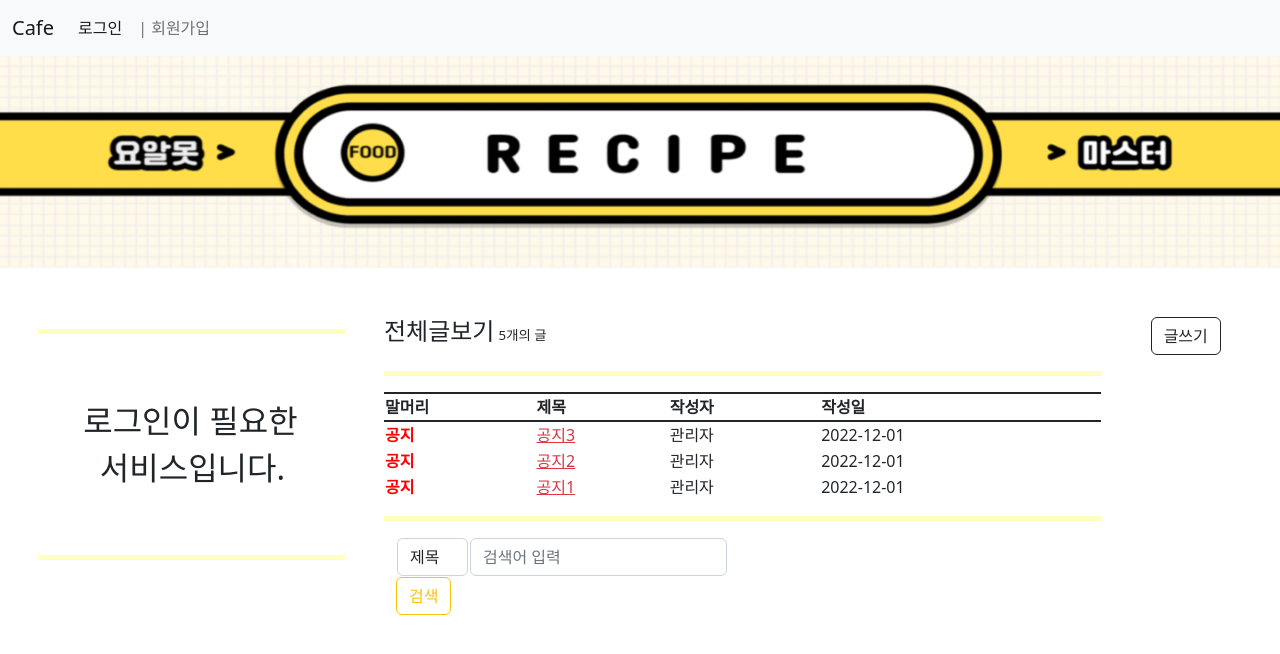
Repository: minz-cha/web_project
Page: http://localhost/jspbook/project/Main.jsp
These files come from the project's save history. The page is drawn as it stood at one moment and after the next save; the edit follows.
The browser window is 1280 px wide. The pictures show the whole page.
The page is served by Tomcat 9. Nobody is signed in. The application's start-up code is not run. Queries for data that is not in the repository find no rows.

Above is the page before, as saved 2022-12-04 17:09:35.

After the next save:
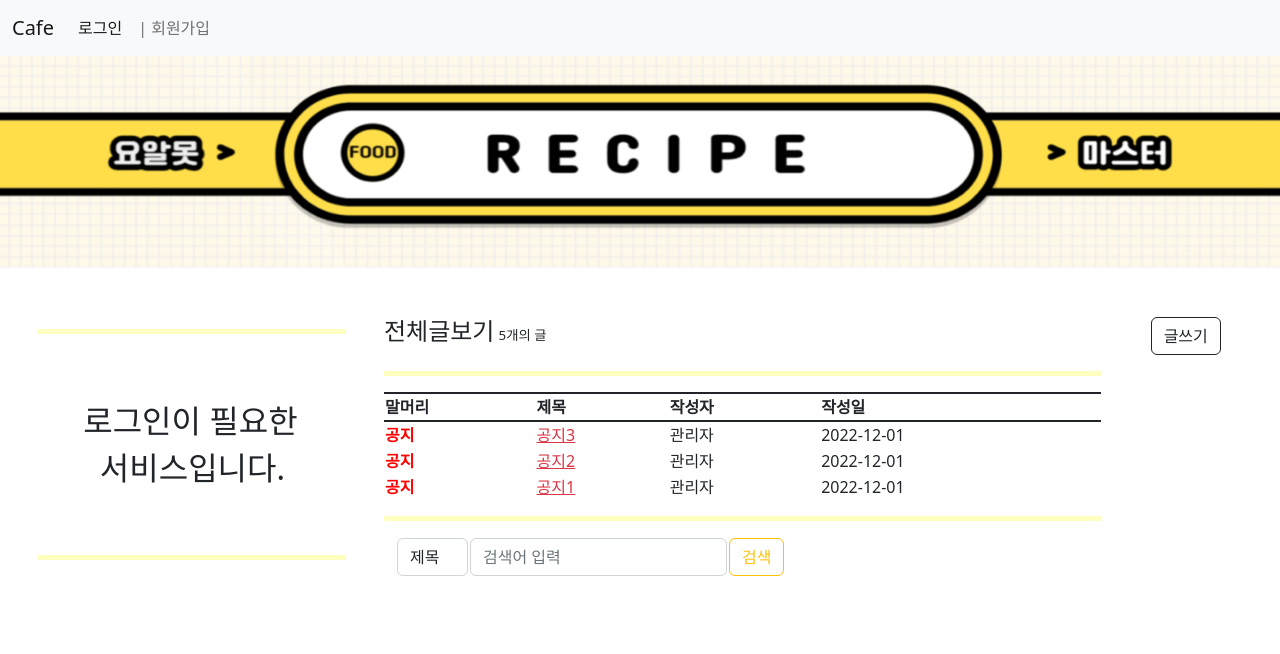
Saved 34 s later.
--- a/jspbook/WebContent/project/Main.jsp
+++ b/jspbook/WebContent/project/Main.jsp
@@ -195,15 +195,12 @@
 									<td><input type="text" class="form-control" id="inputText"
 										name="inputText" placeholder="검색어 입력" name="searchText"
 										maxlength="100"></td>
-									<!-- <td><input type="button" value="검색" onclick="onSearch()" class="btn btn-outline-warning"></td>
-								-->
+									<td><input type="button" value="검색" onclick="onSearch()"
+										class="btn btn-outline-warning"></td>
+
 								</tr>
 
 							</table>
-							<div class="col">
-								<button type="button" class="btn btn-outline-warning"
-									onclick="onSearch()">검색</button>
-							</div>
 						</form>
 						<!-- <form>
 							<div class="form-group row">
